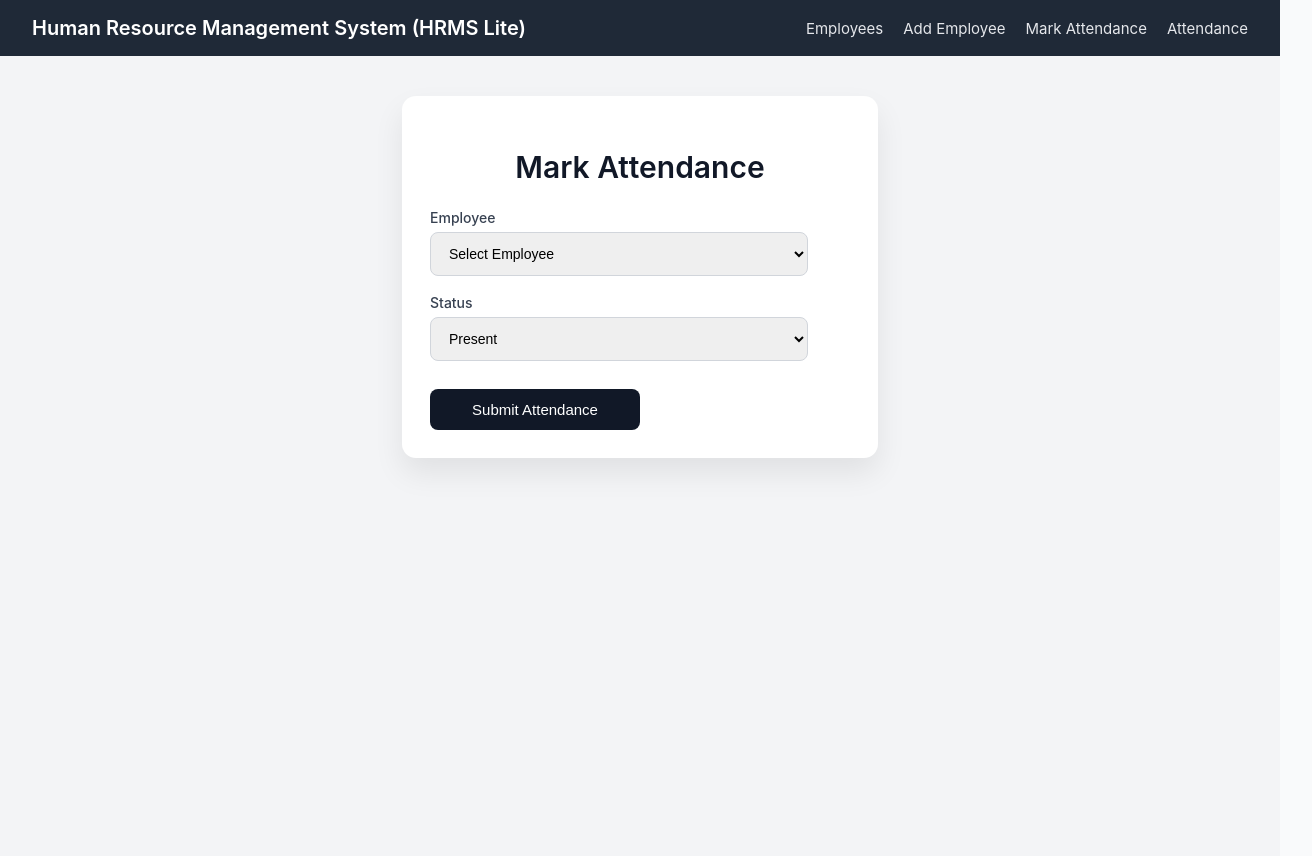
Repository: gautamsonam011/hrmsfrontend
Page: /attendance/add
An editor plug-in stored every save of this project. The page is shown before and after the next save, followed by the edit.
The browser window is 1280 px wide. The page is 1280 px wide, then 1312 px, so the pictures cover 1312 px, including what lies to the right of the window. The pictures show the whole page.
The page's requests for data from a server got no answer. The project was rebuilt for these pictures with package versions that can differ from the ones it lists, and the page was loaded fresh each time. No one was signed in, and anything a server would have sent is missing. Also part of the build but not shown: src/components/Loader.jsx, src/components/EmptyState.jsx, src/pages/Employees.jsx, src/pages/AddEmployee.jsx, src/components/ErrorState.jsx, src/pages/Attendance.jsx.

Above is the page before, as saved 2026-01-31 20:08:57.

### public/index.html
<!DOCTYPE html>
<html lang="en">
  <head>
    <meta charset="utf-8" />
    <link rel="icon" href="%PUBLIC_URL%/favicon.ico" />
    <meta name="viewport" content="width=device-width, initial-scale=1" />
    <meta name="theme-color" content="#000000" />
    <meta
      name="description"
      content="Web site created using create-react-app"
    />
    <link rel="apple-touch-icon" href="%PUBLIC_URL%/logo192.png" />
    <!--
      manifest.json provides metadata used when your web app is installed on a
      user's mobile device or desktop. See https://developers.google.com/web/fundamentals/web-app-manifest/
    -->
    <link rel="manifest" href="%PUBLIC_URL%/manifest.json" />
    <!--
      Notice the use of %PUBLIC_URL% in the tags above.
      It will be replaced with the URL of the `public` folder during the build.
      Only files inside the `public` folder can be referenced from the HTML.

      Unlike "/favicon.ico" or "favicon.ico", "%PUBLIC_URL%/favicon.ico" will
      work correctly both with client-side routing and a non-root public URL.
      Learn how to configure a non-root public URL by running `npm run build`.
    -->
    <title>HRMS</title>
  </head>
  <body>
    <noscript>You need to enable JavaScript to run this app.</noscript>
    <div id="root"></div>
    <!--
      This HTML file is a template.
      If you open it directly in the browser, you will see an empty page.

      You can add webfonts, meta tags, or analytics to this file.
      The build step will place the bundled scripts into the <body> tag.

      To begin the development, run `npm start` or `yarn start`.
      To create a production bundle, use `npm run build` or `yarn build`.
    -->
  </body>
</html>

### src/App.js
import { BrowserRouter, Routes, Route } from "react-router-dom";
import "./style.css";
import Navbar from "./components/Navbar";
import Employees from "./pages/Employees";
import AddEmployee from "./pages/AddEmployee";
import Attendance from "./pages/Attendance";
import AddAttendance from "./pages/AddAttendance";

function App() {
  return (
    <BrowserRouter>
      <Navbar />
      <Routes>
        <Route path="/" element={<Employees />} />
        <Route path="/employees/add" element={<AddEmployee />} />
        <Route path="/attendance/add" element={<AddAttendance />} />
        <Route path="/attendance" element={<Attendance />} />
      </Routes>
    </BrowserRouter>
  );
}

export default App;

### src/style.css

/* Global */
body {
  margin: 0;
  font-family: "Inter", system-ui, -apple-system, BlinkMacSystemFont;
  background-color: #f9fafb;
  color: #111827;
}

/* Page wrapper */
.page {
  padding: 24px;
}

/* Card */
.card {
  background: #ffffff;
  border-radius: 8px;
  padding: 20px;
  box-shadow: 0 4px 12px rgba(0, 0, 0, 0.05);
}

/* Headings */
.page-title {
  font-size: 22px;
  font-weight: 600;
  margin-bottom: 16px;
}

/* Buttons */
.btn {
  padding: 10px 16px;
  border-radius: 6px;
  border: none;
  cursor: pointer;
  font-size: 14px;
}

.btn-primary {
  background-color: #2563eb;
  color: white;
}

.btn-danger {
  background-color: #dc2626;
  color: white;
}

.btn-secondary {
  background-color: #e5e7eb;
}

/* Inputs */
.input,
.select {
  padding: 10px;
  border-radius: 6px;
  border: 1px solid #d1d5db;
  font-size: 14px;
  width: 100%;
}

.input:focus,
.select:focus {
  outline: none;
  border-color: #2563eb;
}

.form-grid {
  display: grid;
  grid-template-columns: repeat(auto-fit, minmax(220px, 1fr));
  gap: 16px;
}

.table {
  width: 90%;
  border-collapse: collapse;
  margin-top: 50px;
  margin:30px;
  background-color:#f8fcfc
}

.table th {
  text-align: left;
  background: #f3f4f6;
  padding: 12px;
  font-size: 13px;
  font-weight: 600;
}

.table td {
  padding: 12px;
  border-bottom: 1px solid #e5e7eb;
  font-size: 14px;
}

.table tr:hover {
  background-color: #f9fafb;
}

/* ===== Add Employee Form ===== */
.employee-form-wrapper {
  display: flex;
  justify-content: center;
  padding: 32px 16px;
}

.employee-form {
  background: #ffffff;
  width: 100%;
  max-width: 520px;
  padding: 28px;
  border-radius: 12px;
  box-shadow: 0 12px 28px rgba(0, 0, 0, 0.08);
}

.employee-form-title {
  font-size: 30px;
  font-weight: 600;
  text-align: center;
  margin-bottom: 24px;
  color: #111827;
}

/* Form fields */
.employee-form-group {
  margin-bottom: 18px;
}

.employee-input {
  width: 90%;
  padding: 12px 14px;
  font-size: 14px;
  border-radius: 8px;
  border: 1px solid #d1d5db;
  transition: all 0.2s ease;
}

.employee-input::placeholder {
  color: #9ca3af;
}

.employee-input:focus {
  outline: none;
  border-color: #1e6475;
  box-shadow: 0 0 0 2px rgba(37, 99, 235, 0.15);
}

/* Submit button */
.employee-submit-btn {
  width: 50%;
  padding: 12px;
  margin-top: 10px;
  font-size: 15px;
  font-weight: 500;
  border-radius: 8px;
  border: none;
  cursor: pointer;
  background-color: #111827;
  color: white;
  transition: background-color 0.2s ease;
}

.employee-submit-btn:hover {
  background-color: #1b2336;
}


/* ===== Attendance Page ===== */
.attendance-page {
  min-height: 100vh;
  background: #f3f4f6;
  display: flex;
  justify-content: center;
  align-items: flex-start;
  padding: 40px 16px;

}

/* Card */
.attendance-card {
  background: #ffffff;
  width: 100%;
  max-width: 420px;
  padding: 28px;
  border-radius: 14px;
  box-shadow: 0 15px 30px rgba(0, 0, 0, 0.08);
}

/* Title */
.attendance-title {
  text-align: center;
  font-size: 22px;
  font-weight: 600;
  margin-bottom: 24px;
  color: #111827;
}

/* Form groups */
.attendance-group {
  margin-bottom: 18px;
}

/* Labels */
.attendance-label {
  display: block;
  font-size: 14px;
  font-weight: 500;
  margin-bottom: 6px;
  color: #374151;
}

/* Inputs */
.attendance-select,
.attendance-input {
  width: 90%;
  padding: 12px 14px;
  font-size: 14px;
  border-radius: 8px;
  border: 1px solid #d1d5db;
  transition: all 0.2s ease;
}

.attendance-select:focus,
.attendance-input:focus {
  outline: none;
  border-color: #2563eb;
  box-shadow: 0 0 0 3px rgba(37, 99, 235, 0.15);
}

/* Button */
.attendance-btn {
  width: 100%;
  padding: 12px;
  background: #2563eb;
  color: #ffffff;
  border: none;
  border-radius: 8px;
  font-size: 15px;
  font-weight: 500;
  cursor: pointer;
  margin-top: 8px;
}

.attendance-btn:hover {
  background: #1e40af;
}

### src/components/Navbar.jsx
import { NavLink } from "react-router-dom";

export default function Navbar() {
  return (
    <nav style={styles.nav}>
      <h2 style={styles.logo}>Human Resource Management System (HRMS Lite)</h2>

      <div style={styles.links}>
        <NavLink to="/" style={styles.link}>
          Employees
        </NavLink>
        <NavLink to="/employees/add" style={styles.link}>
          Add Employee
        </NavLink>
        <NavLink to="/attendance/add" style={styles.link}>
          Mark Attendance
        </NavLink>
        <NavLink to="/attendance" style={styles.link}>
          Attendance
        </NavLink>
      </div>
    </nav>
  );
}

const styles = {
  nav: {
    display: "flex",
    justifyContent: "space-between",
    alignItems: "center",
    padding: "16px 32px",
    backgroundColor: "#1f2937",
    color: "#fff",
  },
  logo: {
    margin: 0,
    fontSize: "20px",
    fontWeight: "600",
  },
  links: {
    display: "flex",
    gap: "20px",
  },
  link: {
    color: "#e5e7eb",
    textDecoration: "none",
    fontSize: "15px",
  },
};

### src/pages/AddAttendance.jsx
import { useState, useEffect } from "react";
import { getEmployees } from "../api/employeeApi";
import { markAttendance } from "../api/attendanceApi";
import { useNavigate } from "react-router-dom";

export default function Attendance() {
  const [employees, setEmployees] = useState([]);
  const [data, setData] = useState({
    employee_id: "",
    status: "present",
  });
  const navigate = useNavigate();

  useEffect(() => {
    getEmployees().then((res) => {
      setEmployees(res.data.data || []);
    });
  }, []);

  const submitAttendance = async () => {
    if (!data.employee_id) {
      alert("Please select employee");
      navigate("/attendance");
      return;
    }

    try {
      await markAttendance({
        employee_id: data.employee_id,
        status: data.status,
      });

      alert("Attendance marked successfully");

      setData({
        employee_id: "",
        status: "present",
      });
    } catch (err) {
      alert("Already marked");
    }
  };

  return (
    <div className="attendance-page">
      <div className="attendance-card">
        <h2 className="employee-form-title">Mark Attendance</h2>

        {/* Employee */}
        <div className="attendance-group">
          <label className="attendance-label">Employee</label>
          <select
            className="attendance-select"
            value={data.employee_id}
            onChange={(e) =>
              setData({ ...data, employee_id: e.target.value })
            }
          >
            <option value="">Select Employee</option>
            {employees.map((emp) => (
              <option key={emp.employee_id} value={emp.employee_id}>
                {emp.employee_id} – {emp.full_name}
              </option>
            ))}
          </select>
        </div>

        {/* Status */}
        <div className="attendance-group">
          <label className="attendance-label">Status</label>
          <select
            className="attendance-select"
            value={data.status}
            onChange={(e) =>
              setData({ ...data, status: e.target.value })
            }
          >
            <option value="present">Present</option>
            <option value="absent">Absent</option>
          </select>
        </div>

        <button className="employee-submit-btn" onClick={submitAttendance}>
          Submit Attendance
        </button>
      </div>
    </div>
  );
}

### src/api/employeeApi.js
import api from "./axios";

export const getEmployees = () => api.get("/employees/");
export const addEmployee = (data) => api.post("/employees/", data);
export const deleteEmployee = (id) => api.delete(`/employees/${id}/`);

### src/api/axios.js
import axios from "axios";

const api = axios.create({
  baseURL: "http://127.0.0.1:8000/api/v1",
  headers: {
    "Content-Type": "application/json",
  },
});

export default api;

### src/api/attendanceApi.js
import api from "./axios";

export const markAttendance = (data) =>
  api.post("/attendance/", data);

export const getAttendanceByEmployee = (employeeId) =>
  api.get(`/attendance/${employeeId}/`);

Loaded but not shown: src/index.js (common file); src/index.css (common file); src/reportWebVitals.js (common file)

After the next save:
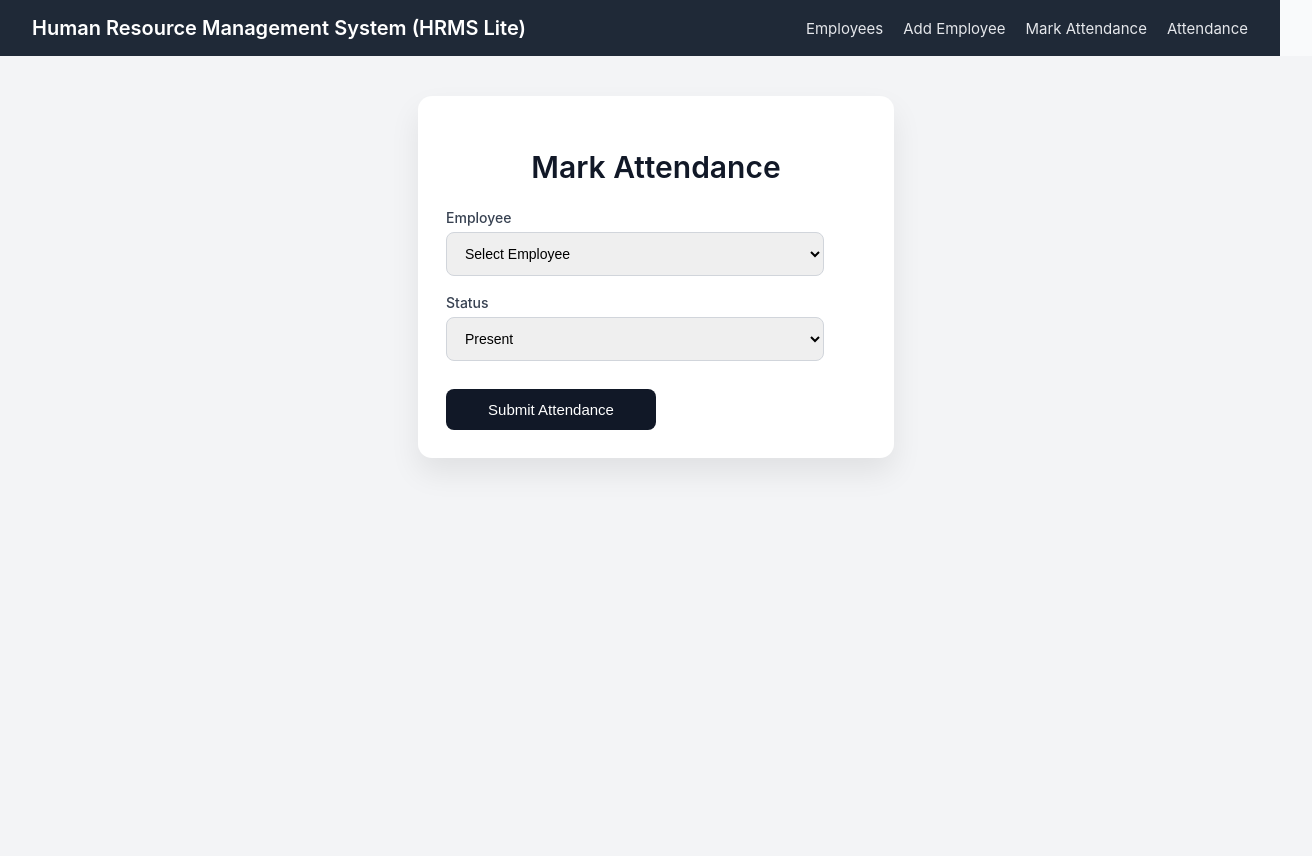
Saved 2 min 50 s later.
--- a/src/style.css
+++ b/src/style.css
@@ -174,6 +174,7 @@ body {
   justify-content: center;
   align-items: flex-start;
   padding: 40px 16px;
+  width:100%
 
 }
 
